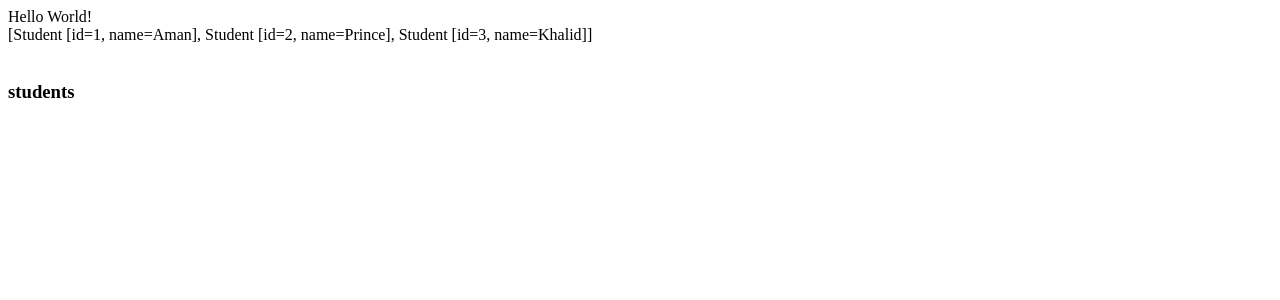
Repository: md-aman-git/Java-Repo-Epam
Page: http://localhost/JSTLDemo/DemoJstl
The author's editor kept a copy of each file at every save. The page is drawn from the files as they stood at one save, then again after the next save.
The browser window is 1280 px wide. The pictures show the whole page.
The page is served by Tomcat 9.

Above is the page before, as saved 2022-03-07 16:28:27.

### JspServlet/JSTLDemo/src/main/webapp/display.jsp
<%@ page language="java" contentType="text/html; charset=ISO-8859-1"
    pageEncoding="ISO-8859-1"%>
<!-- i have also first included library of jstl then will be able to use uri -->
<%@ taglib prefix="c" uri="http://java.sun.com/jsp/jstl/core" %>
<!DOCTYPE html>
<html>
<head>
<meta charset="ISO-8859-1">
<title>Insert title here</title>
</head>
<body>
	Hello World! <br>
	<div>${students}</div><br>
	<c:forEach items="students" var="stud">
		<h3>${stud}</h3>
	</c:forEach>
</body>
</html>

### JspServlet/JSTLDemo/src/main/java/com/epam/jstldemo/MyServlet.java
package com.epam.jstldemo;

import java.io.IOException;
import java.util.Arrays;
import java.util.List;

import javax.servlet.RequestDispatcher;
import javax.servlet.ServletException;
import javax.servlet.annotation.WebServlet;
import javax.servlet.http.HttpServlet;
import javax.servlet.http.HttpServletRequest;
import javax.servlet.http.HttpServletResponse;

import com.epam.jstldemo.entity.Student;

@WebServlet("/DemoJstl")
public class MyServlet extends HttpServlet {
	public void doGet(HttpServletRequest request, HttpServletResponse response) throws ServletException, IOException {
		//String name = "Aman";
		Student student1 = new Student(1, "Aman");
		Student student2 = new Student(2, "Prince");
		Student student3 = new Student(3, "Khalid");
		List<Student> studs = Arrays.asList(student1, student2, student3);
		request.setAttribute("students", studs);
		RequestDispatcher rd = request.getRequestDispatcher("display.jsp");
		rd.forward(request, response);
	}
}

### JspServlet/JSTLDemo/src/main/java/com/epam/jstldemo/entity/Student.java
package com.epam.jstldemo.entity;

public class Student {
	private int id;
	private String name;

	public Student(int id, String name) {
		this.id = id;
		this.name = name;
	}
	public int getId() {
		return id;
	}
	public void setId(int id) {
		this.id = id;
	}
	public String getName() {
		return name;
	}
	public void setName(String name) {
		this.name = name;
	}
	@Override
	public String toString() {
		return "Student [id=" + id + ", name=" + name + "]";
	}

}

After the next save:
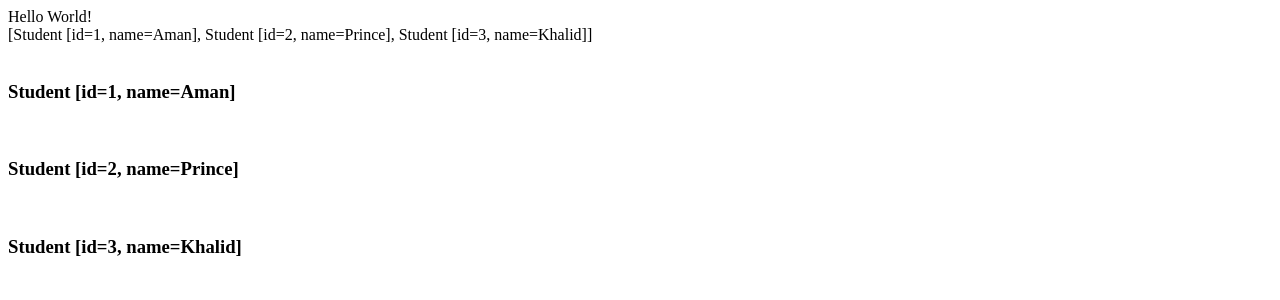
Saved 67 s later.
--- a/JspServlet/JSTLDemo/src/main/webapp/display.jsp
+++ b/JspServlet/JSTLDemo/src/main/webapp/display.jsp
@@ -11,8 +11,8 @@
 <body>
 	Hello World! <br>
 	<div>${students}</div><br>
-	<c:forEach items="students" var="stud">
-		<h3>${stud}</h3>
+	<c:forEach items="${students}" var="stud">
+		<h3>${stud}</h3><br>
 	</c:forEach>
 </body>
 </html>
